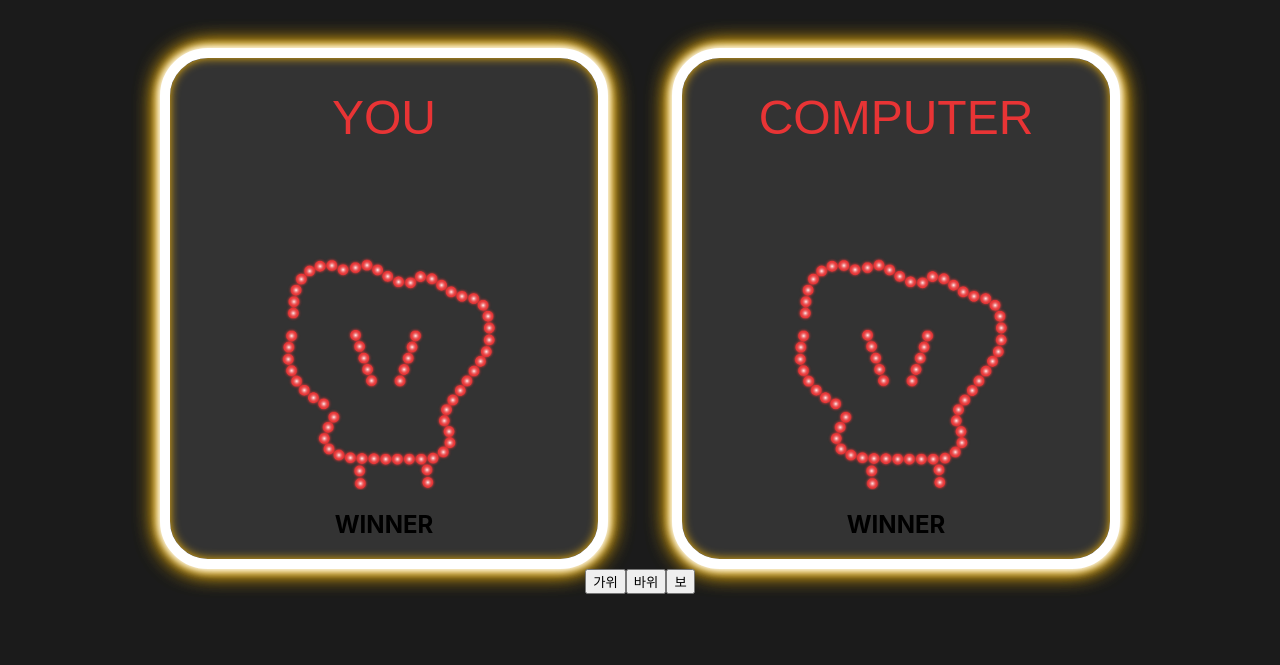
Repository: KIMMIHYE12/classComponent
Page: /
An editor plug-in stored every save of this project. The page is shown before and after the next save, followed by the edit.
The browser window is 1280 px wide. The pictures show the whole page.
Some web fonts or font styles are not loaded; a fallback is used. The project was rebuilt for these pictures with package versions that can differ from the ones it lists, and the page was loaded fresh each time.

Above is the page before, as saved 2024-03-18 21:21:59.

### src/App.js
import "./App.css";
import { Box } from "./component/Box";

function App() {
  return (
    <div className='content'>
      <div className='game_screen'>
        <Box title='YOU' />
        <Box title='COMPUTER' />
      </div>
      <div className='btn_wrap'>
        <button className='scissor'>가위</button>
        <button className='rock'>바위</button>
        <button className='paper'>보</button>
      </div>
    </div>
  );
}

export default App;

### src/App.css
@import url("https://use.typekit.net/ebb2deg.css");

* {
  box-sizing: border-box;
}

.content {
  height: 100vh;
  padding: 3em 0;
  background-color: #1b1b1b;
}

.game_screen {
  width: 100%;
  display: flex;
  justify-content: center;
}

.box {
  width: 35%;
  display: flex;
  flex-direction: column;
  align-items: center;
  margin: 0 2em;
  border: 10px solid #fff;
  background: #333;
  border-radius: 3rem;
  box-shadow: 0 0 10px #fff, 0 0 10px #fff, 0 0 24px #f5b70c, 0 0 16px #f5b70c,
    0 0 24px #f5b70c, inset 0 0 10px #f5b70c;
}

h1 {
  font-size: 3em;
  color: #e83435;
  font-family: "gloridot", sans-serif;
  font-weight: 400;
  font-style: normal;
}

img {
  width: 70%;
}

.btn_wrap {
  display: flex;
  justify-content: center;
}

### src/component/Box.js
import React from "react";

export const Box = (props) => {
  console.log(props);
  return (
    <div className='box'>
      <h1>{props.title}</h1>
      <img src='/images/rock.png' alt='바위' />
      <h2>WINNER</h2>
    </div>
  );
};

Loaded but not shown: public/index.html (common file); src/index.js (common file); src/index.css (common file); src/reportWebVitals.js (common file)

After the next save:
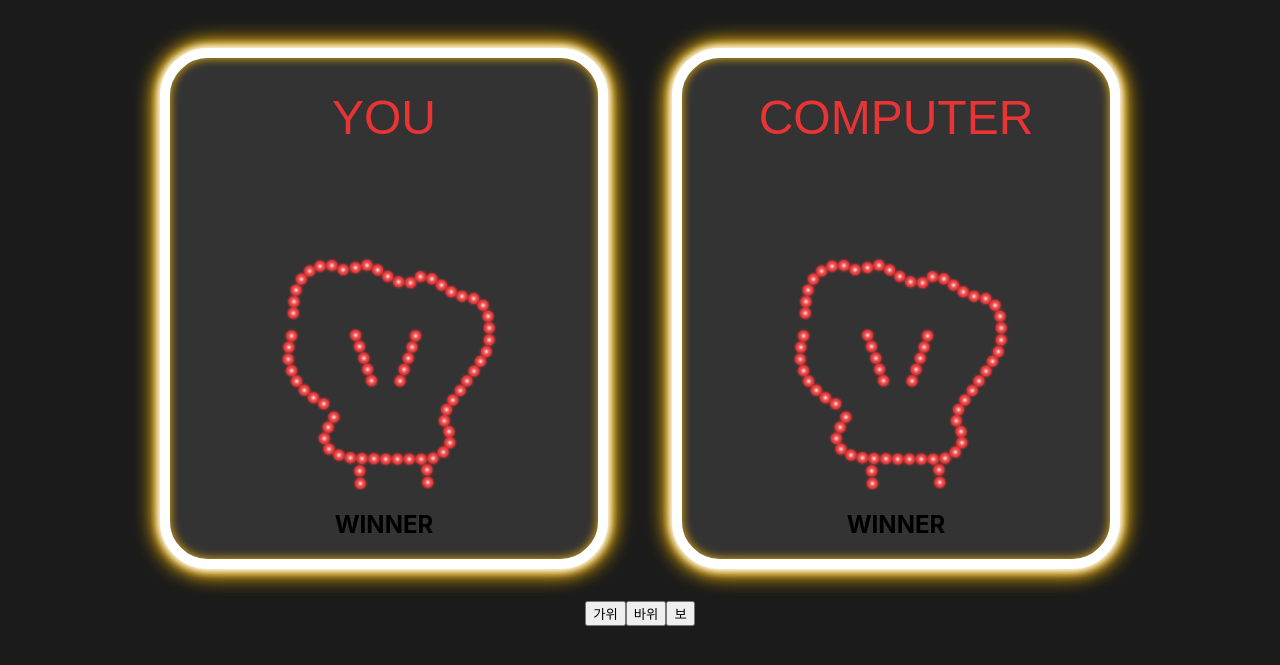
Saved 32 min 42 s later.
--- a/src/App.css
+++ b/src/App.css
@@ -42,6 +42,7 @@ img {
 }
 
 .btn_wrap {
+  margin-top: 2em;
   display: flex;
   justify-content: center;
 }
